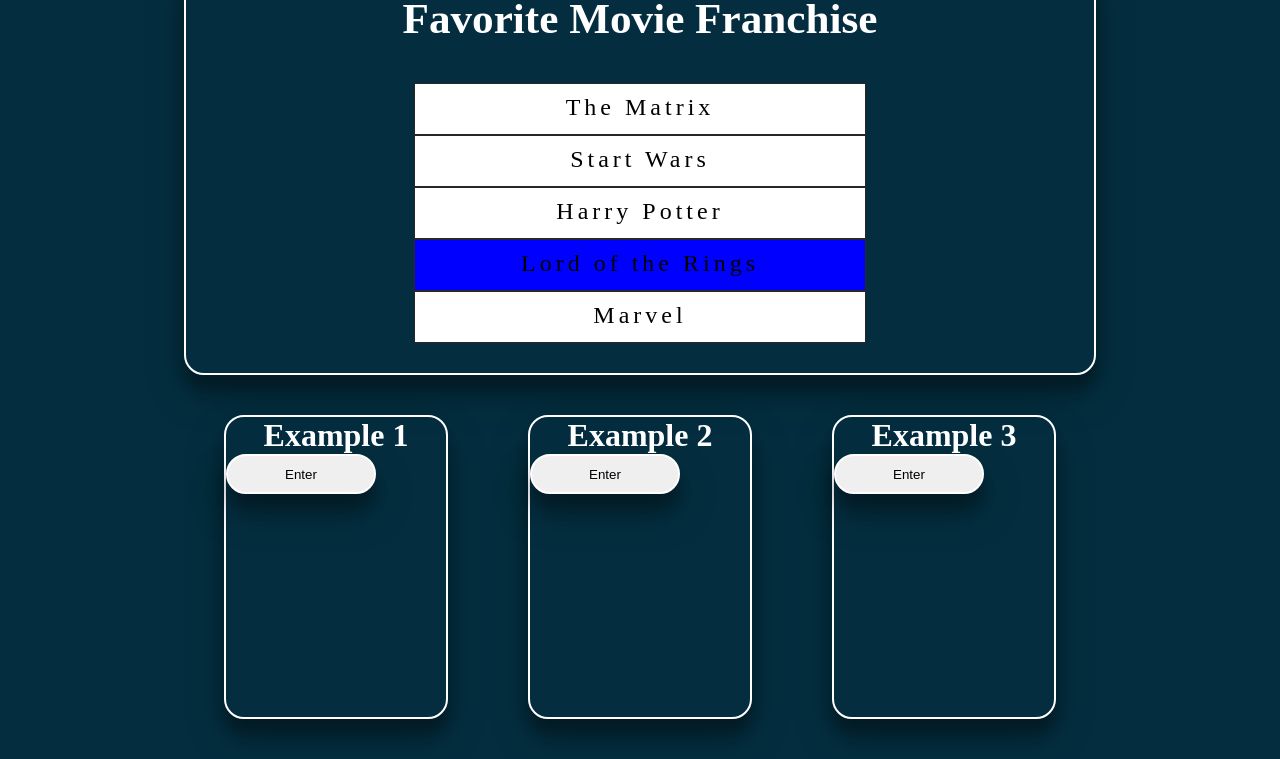
Repository: Ellisvelandia/DOM-Manipulation
Page: index.html
These files come from the project's save history. The page is drawn as it stood at one moment and after the next save; the edit follows.
The browser window is 1280 px wide. The pictures show the whole page.

Above is the page before, as saved 2022-08-22 17:00:12.

### index.html
<!DOCTYPE html>
<html lang="en">
  <head>
    <meta charset="UTF-8" />
    <meta http-equiv="X-UA-Compatible" content="IE=edge" />
    <meta name="viewport" content="width=device-width, initial-scale=1.0" />
    <link rel="stylesheet" href="style.css" />
    <title>Master DOM Manipulation</title>
  </head>
  <body>
    <div>

      <div class="container">
        <h1 id="main-heading">Favorite Movie Franchise</h1>
        <ul>
          <li class="list-items">The Matrix</li>
          <li class="list-items">Start Wars</li>
          <li class="list-items">Harry Potter</li>
          <li class="list-items">Lord of the Rings</li>
          <li class="list-items">Marvel</li>
        </ul>
      </div>

      <div class="container_event_listener">
        <div class="boxes box-1">
          <h1 id="heading">Example 1</h1>
          <button onclick="alert('I love Javascript')">Enter</button>
        </div>
        <div class="boxes box-2">
          <h1 id="heading">Example 2</h1>
          <button class="btn-2">Enter</button>
        </div>
        <div class="boxes box-3">
          <h1 id="heading">Example 3</h1>
          <button class="btn-3">Enter</button>
        </div>
      </div>

    </div>


    <script src="app.js"></script>
  </body>
</html>

### style.css
* {
  padding: 0;
  margin: 0;
}

body {
  background-color: #042e3f;
  max-width: 100%;
  height: 100vh;
  display: flex;
  justify-content: center;
  align-items: center;
}

.container {
  display: flex;
  align-items: center;
  flex-direction: column;
  justify-content: center;
  border: 1px solid transparent;
  padding: 5px;
  border-radius: 20px;
  height: 400px;
  border: 2px solid #fff;
  box-shadow: rgba(0, 0, 0, 0.3) 0px 19px 38px,
    rgba(0, 0, 0, 0.22) 0px 15px 12px;
}

#main-heading {
  font-size: 2.7rem;
  font-weight: 900;
  color: #fff;
  padding-bottom: 40px;
}

.list-items {
  text-align: center;
  color: #000;
  font-size: 1.5rem;
  font-weight: 300;
  background-color: #fff;
  padding-top: 10px;
  width: 450px;
  height: 40px;
  border: rgb(39, 39, 39) solid 1px;
  letter-spacing: 4px;
}

ul {
  list-style: none;
}

.container_event_listener {
  display: flex;
  align-items: center;
  justify-content: center;
}

.boxes {
  max-width: 100%;
  margin: 5px;
  border: 1px solid transparent;
  border-radius: 20px;
  height: 300px;
  margin: 40px;
  width: 220px;
  border: 2px solid #fff;
  box-shadow: rgba(0, 0, 0, 0.3) 0px 19px 38px,
    rgba(0, 0, 0, 0.22) 0px 15px 12px;
}

#heading {
  color: #fff;
  text-align: center;
}

button {
  display: flex;
  align-items: center;
  flex-direction: column;
  justify-content: center;
  border: 1px solid transparent;
  padding: 5px;
  border-radius: 20px;
  height: 40px;
  width: 150px;
  border: 2px solid #fff;
  box-shadow: rgba(0, 0, 0, 0.3) 0px 19px 38px,
    rgba(0, 0, 0, 0.22) 0px 15px 12px;
}

### app.js
// // // const title = document.querySelector("#main-heading");

// // // title.style.color = "red";

// // // console.log(title);

// // // const listItems = document.querySelectorAll(".list-items");

// // // for (i = 0; i < listItems.length; i++) {
// // //   listItems[i].style.fontSize = "2rem";
// // // }

// // // console.log(listItems);

// // // Creating Element

// // const ul = document.querySelector("ul");
// // const li = document.querySelector("li");

// // // Adding Elements

// // ul.append(li)

// // // Modifying the text

// // // const firstListItem = document.querySelector('.list-items');

// // // console.log (firstListItem.innerText);
// // // console.log (firstListItem.textContent);
// // // console.log (firstListItem.innerHTML);

// // li.innerText = 'x-men';

// // // Modifying Attributes & classes

// // li.classList.remove('list-items')

// // console.log(li.classList.contains('list-items'));

// // // Remove Elements

// // li.remove();

// // traverse the DOM

// // Parent Node Traversal

// let ul = document.querySelector("ul");

// // console.log(ul.parentNode.parentNode);
// // console.log(ul.parentElement.parentElement);

// const html = document.documentElement;

// console.log(html.parentNode);
// console.log(html.parentElement)

// Child Node Traversal

let ul = document.querySelector('ul');

// console.log(ul.childNodes);
// console.log(ul.firstChild);
// console.log(ul.lastChild);

ul.childNodes[7].style.backgroundColor = 'blue'

// console.log (ul.children);
// console.log(ul.firstElementChild);
// console.log(ul.lastElementChild);

// Sibling  Traversal

// let ul = document.querySelector("ul");
// const div = document.querySelector("div");

// console.log(div.childNodes)

// console.log(ul.previousElementSibling);
// console.log(ul.nextElementSibling);

After the next save:
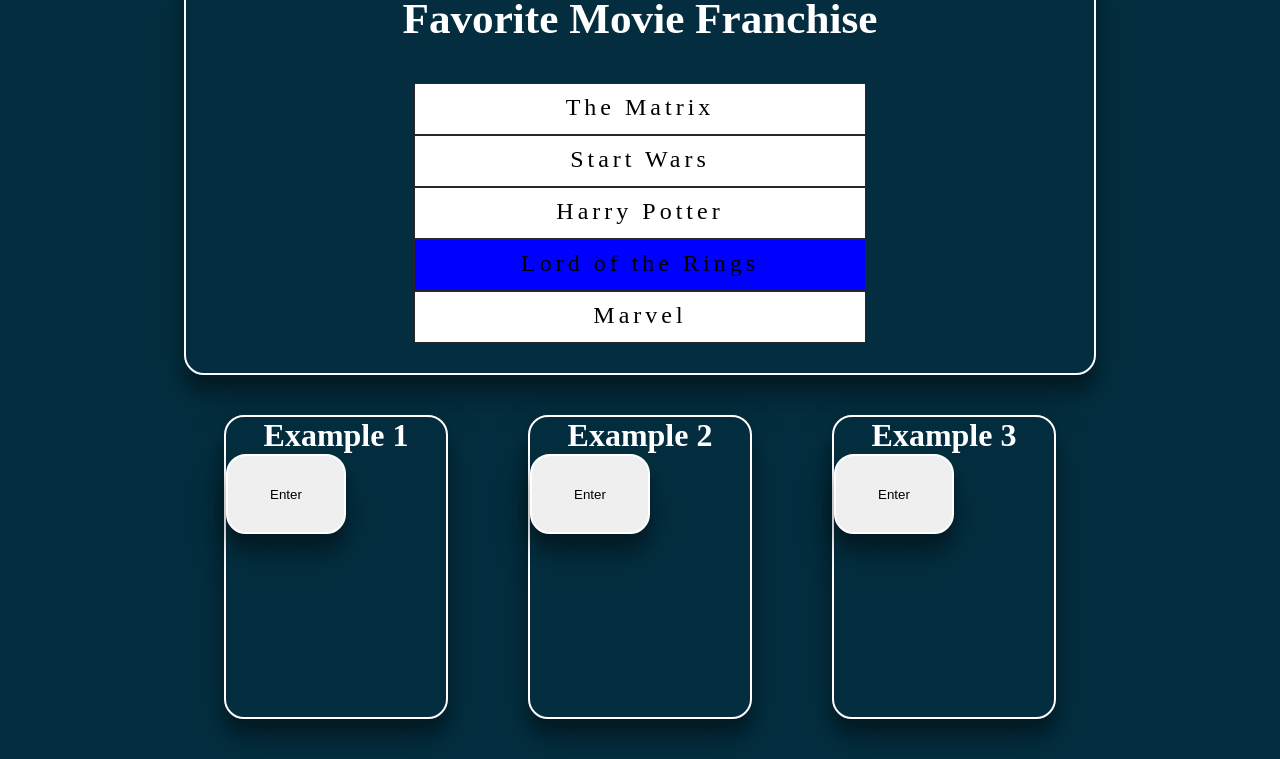
Saved 7 s later.
--- a/style.css
+++ b/style.css
@@ -82,8 +82,8 @@
   border: 1px solid transparent;
   padding: 5px;
   border-radius: 20px;
-  height: 40px;
-  width: 150px;
+  height: 80px;
+  width: 120px;
   border: 2px solid #fff;
   box-shadow: rgba(0, 0, 0, 0.3) 0px 19px 38px,
     rgba(0, 0, 0, 0.22) 0px 15px 12px;
